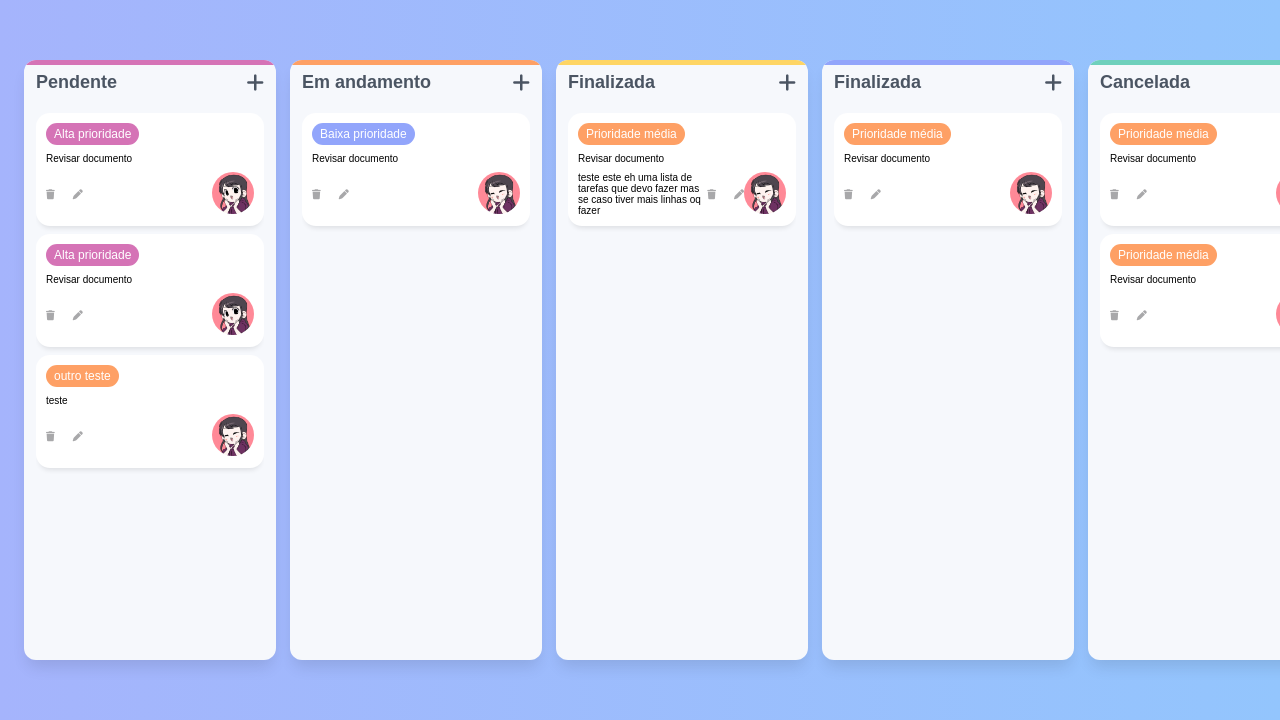
Repository: Marinalr-25/ProjetoToDoList
Page: index.html
The author's editor kept a copy of each file at every save. The page is drawn from the files as they stood at one save, then again after the next save.
The browser window is 1280 px wide. The pictures show the whole page.
Empty fields were first filled with sample values (such as "Sample", 5 or name@example.com).
After loading, the first visible `button.botao` was clicked once.
Some web fonts or font styles are not loaded; a fallback is used. Some web libraries are served in a nearby version.

Above is the page before, as saved 2024-11-01 11:57:38.

After the next save:
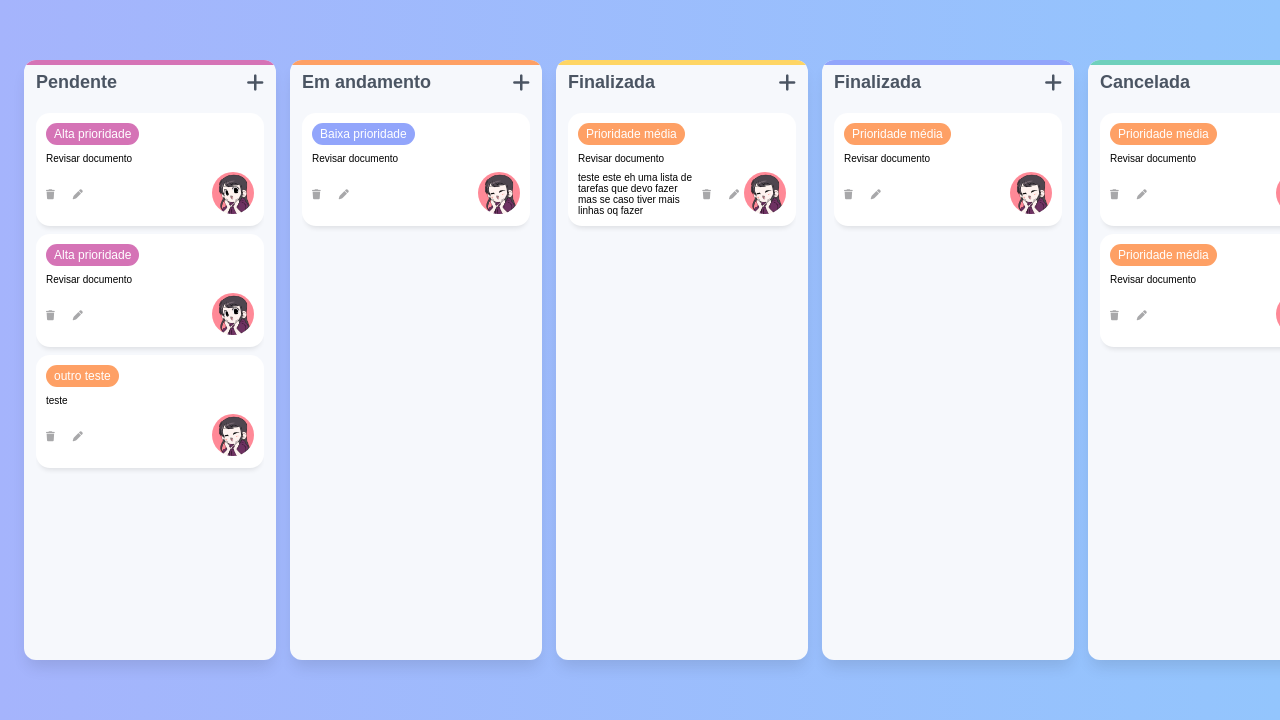
Saved 28 s later.
--- a/css/style.css
+++ b/css/style.css
@@ -143,6 +143,7 @@ body {
   display: flex;
   justify-content: space-between;
   align-items: center;
+  gap: 0.5rem;
 }
 .card-icons {
   display: flex;
